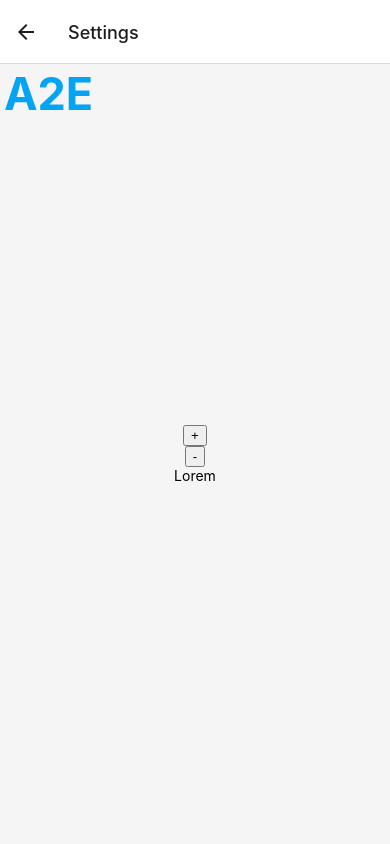
Repository: amartinM1/A2E-UI
Page: /Settings
The author's editor kept a copy of each file at every save. The page is drawn from the files as they stood at one save, then again after the next save.
The browser window is 390 px wide. The pictures show the whole page.
The app was drawn by React Native's web renderer in a window 390 px wide. The project was rebuilt for these pictures with package versions that can differ from the ones it lists, and the page was loaded fresh each time. Some packages were replaced by stand-ins written for this rebuild. Also part of the build but not shown: pages/profile.js, server/server.js, pages/home.js.

Above is the page before, as saved 2023-02-16 11:57:47.

### App.js
import { StatusBar } from 'expo-status-bar';
import React from 'react';
import { StyleSheet, Text, View } from 'react-native';
import Launch from './pages/launch.js';
import Navigator from './navigation/navigator.js';

export default function App() {
  return (
    <Navigator/>
  );
}

### pages/launch.js
import React, {Component} from 'react';
import {
    Text,
    View,
    StyleSheet,
    TouchableOpacity,
} from 'react-native';

function Button({onPress, children}) {
    return (
        <TouchableOpacity onPress={onPress} style={styles.button}>
                <Text style={styles.button_text}>{children}</Text>
        </TouchableOpacity>
    );
}

function Launch({navigation}) {
    return (
        <View style={styles.container}>
            <View style={styles.background_container}>
                <Text style={styles.logo}>A2E</Text>
            </View>
            <View style={styles.main_container}>
                <Text style={styles.title}>Welcome to{"\n"}ASL-to-English</Text>
                <Text style={styles.body}>We translate your ASL to English all in one application.</Text>
                <Button onPress={() => navigation.navigate('Home') }>Get Started</Button>
            </View>
        </View>
    );
}

const styles = StyleSheet.create({
    container: {
        flex: 1,
        alignItems: 'center',
    },
    background_container: {
        position: 'absolute',
        top: 0,
        bottom: 0,
        left: 0,
        right: 0,
        backgroundColor: '#F5F5F5',
    },
    main_container: {
        flex: 1,
        justifyContent: 'center',
        alignItems: 'center',
    },
    logo: {
        fontSize: 45,
        fontWeight: 'bold',
        color: '#04a4f4',
        textAlign: 'left',
        marginLeft: '1%',
        marginTop: '0.5%',
    },
    title: {
        fontSize: 45,
        fontWeight: 'bold',
        color: '#04a4f4',
        marginBottom: '2.5%',
        textAlign: 'center',
    },
    body: {
        fontSize: 20,
        fontWeight: '400',
        color: '#04a4f4',
        marginBottom: '4%',
        textAlign: 'center',
    },
    button: {
        alignItems: 'center',
        backgroundColor: '#04a4f4',
        padding: 10,
        borderRadius: 50,
        width: 250,
    },
    button_text: {
        marginBottom: 2,
        marginTop: 2,
        fontSize: 25,
        fontWeight: '600',
        color: '#FFFFFF',
    },
})

export default Launch;

### navigation/navigator.js
import React from 'react';
import { NavigationContainer } from '@react-navigation/native';
import { createNativeStackNavigator } from '@react-navigation/native-stack';

//pages
import Launch from '../pages/launch';
import Home from '../pages/home';
import Profile from '../pages/profile';
import Settings from '../pages/settings';

//stacks
const LaunchStack = createNativeStackNavigator();

//Launch Page Stack
function Navigator() {
    return (
        <NavigationContainer>
            <LaunchStack.Navigator>
                <LaunchStack.Screen
                    name="Launch"
                    component={Launch}
                    options={{headerShown: false}}
                />
                <LaunchStack.Screen
                    name="Home"
                    component={Home}
                    options={{headerShown: false}}
                />
                <LaunchStack.Screen
                    name="Profile"
                    component={Profile}
                />
                <LaunchStack.Screen
                    name="Settings"
                    component={Settings}
                />
            </LaunchStack.Navigator>
        </NavigationContainer>
    );
}

export default Navigator;

### pages/settings.js
import React, {Component,useState} from 'react';
import {
    Text,
    View,
    StyleSheet,
    TouchableOpacity,
} from 'react-native';

function Settings({navigation}) {

    const [fontSize, setFontSize] = useState(16);
    return (
        <View style={styles.container}>
            <View style={styles.background_container}>
                <Text style={styles.logo}>A2E</Text>
            </View>
            <View style={styles.main_container}>
                <button onClick = {() =>setfontSize(fontSize + 2)}>
                    +
                </button>
                <button onClick = {() =>setFontSize(fontSize - 2)}>
                    -
                </button>

                <Text style={{fontize: `${fontSize}px` }}>Lorem</Text>
            </View>
        </View>
    );
}

const styles = StyleSheet.create({
    container: {
        flex: 1,
        alignItems: 'center',
    },
    background_container: {
        position: 'absolute',
        top: 0,
        bottom: 0,
        left: 0,
        right: 0,
        backgroundColor: '#F5F5F5',
    },
    main_container: {
        flex: 1,
        justifyContent: 'center',
        alignItems: 'center',
    },
    logo: {
        fontSize: 45,
        fontWeight: 'bold',
        color: '#04a4f4',
        textAlign: 'left',
        marginLeft: '1%',
        marginTop: '0.5%',
    },
    button: {
        alignItems: 'center',
        backgroundColor: '#04a4f4',
        padding: 10,
        borderRadius: 50,
        width: 250,
    },
    button_text: {
        marginBottom: 2,
        marginTop: 2,
        fontSize: 25,
        fontWeight: '600',
        color: '#FFFFFF',
    },

});

export default Settings;

Loaded but not shown: index.js (common file)

After the next save:
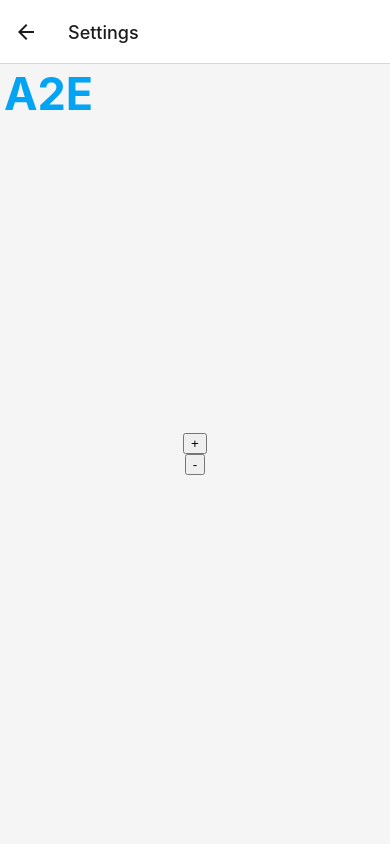
Saved 31 s later.
--- a/pages/settings.js
+++ b/pages/settings.js
@@ -22,7 +22,7 @@ function Settings({navigation}) {
                     -
                 </button>
 
-                <Text style={{fontize: `${fontSize}px` }}>Lorem</Text>
+
             </View>
         </View>
     );
